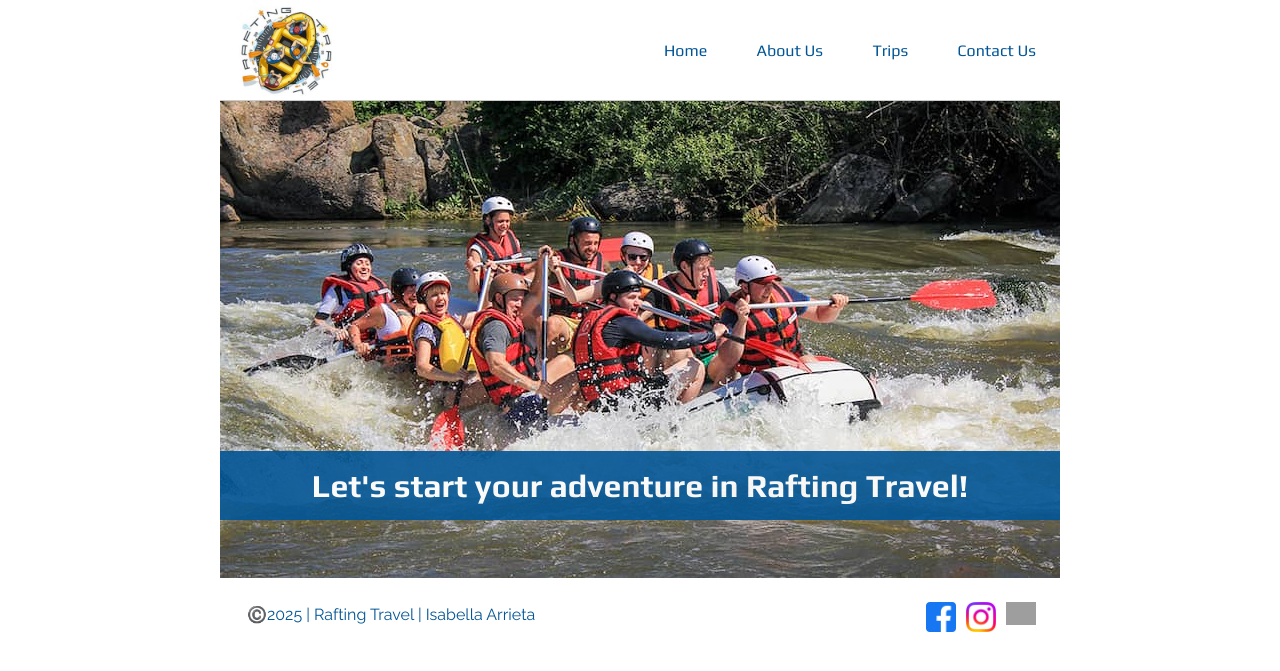
Repository: isaAJ05/wdd130
Page: wwr/index.html
An editor plug-in stored every save of this project. The page is shown before and after the next save, followed by the edit.
The browser window is 1280 px wide. The pictures show the whole page.
Pictures or frames that could not be fetched are drawn as grey boxes.

Above is the page before, as saved 2025-06-16 20:07:56.

After the next save:
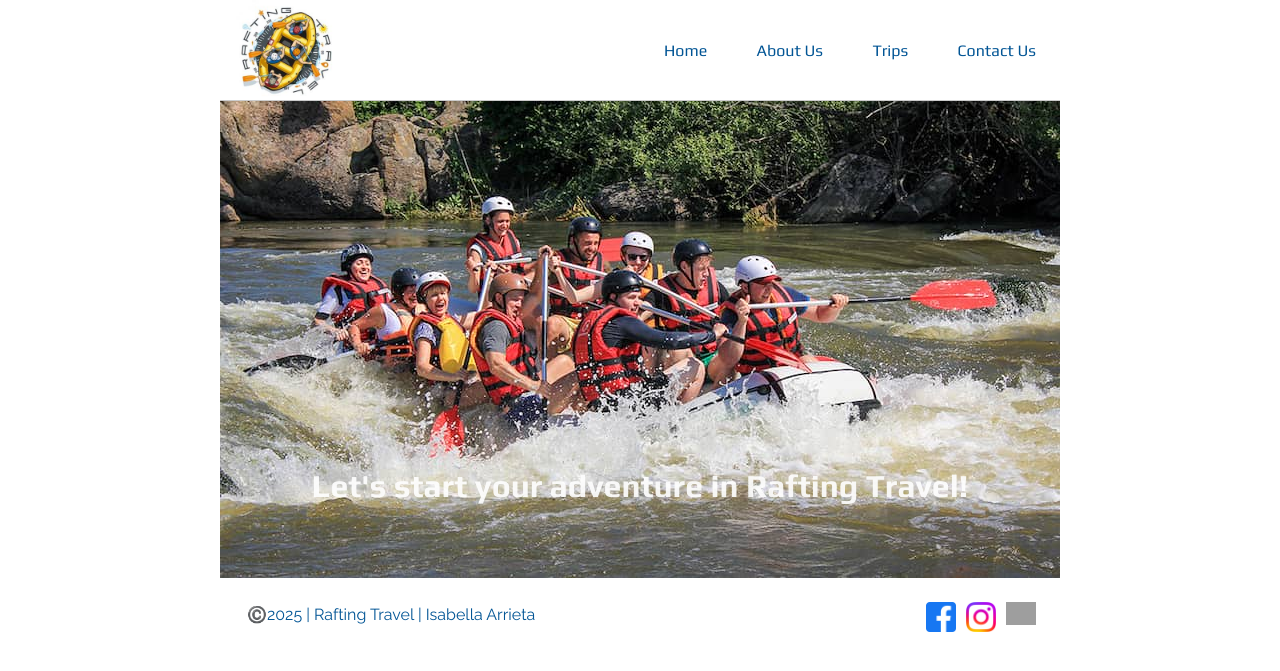
Saved 63 s later.
--- a/wwr/styles/rafting.css
+++ b/wwr/styles/rafting.css
@@ -473,6 +473,5 @@ input[type="radio"]{
     padding: 16px;
     text-align: center;
     opacity: 0.9;
-    background-color: var(--accent1-color);
     color: #ffffff;
 }

After the save that followed:
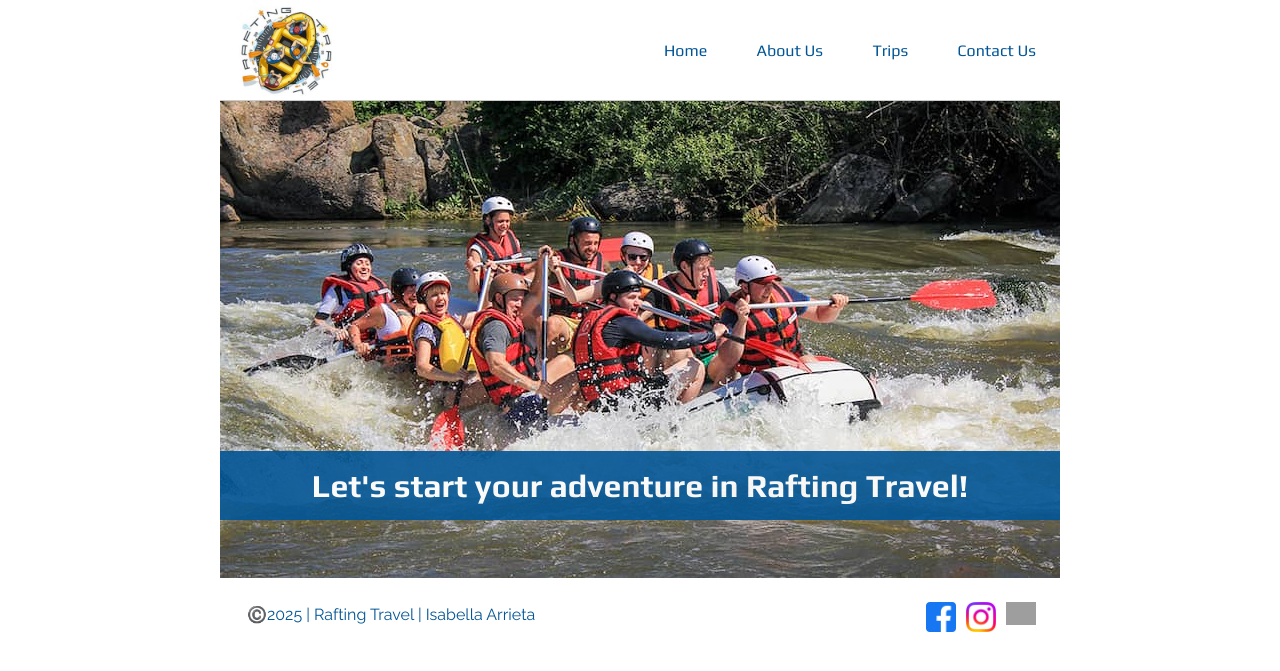
Saved 25 s later.
--- a/wwr/styles/rafting.css
+++ b/wwr/styles/rafting.css
@@ -473,5 +473,6 @@ input[type="radio"]{
     padding: 16px;
     text-align: center;
     opacity: 0.9;
+    background-color: var(--accent1-color);
     color: #ffffff;
 }
